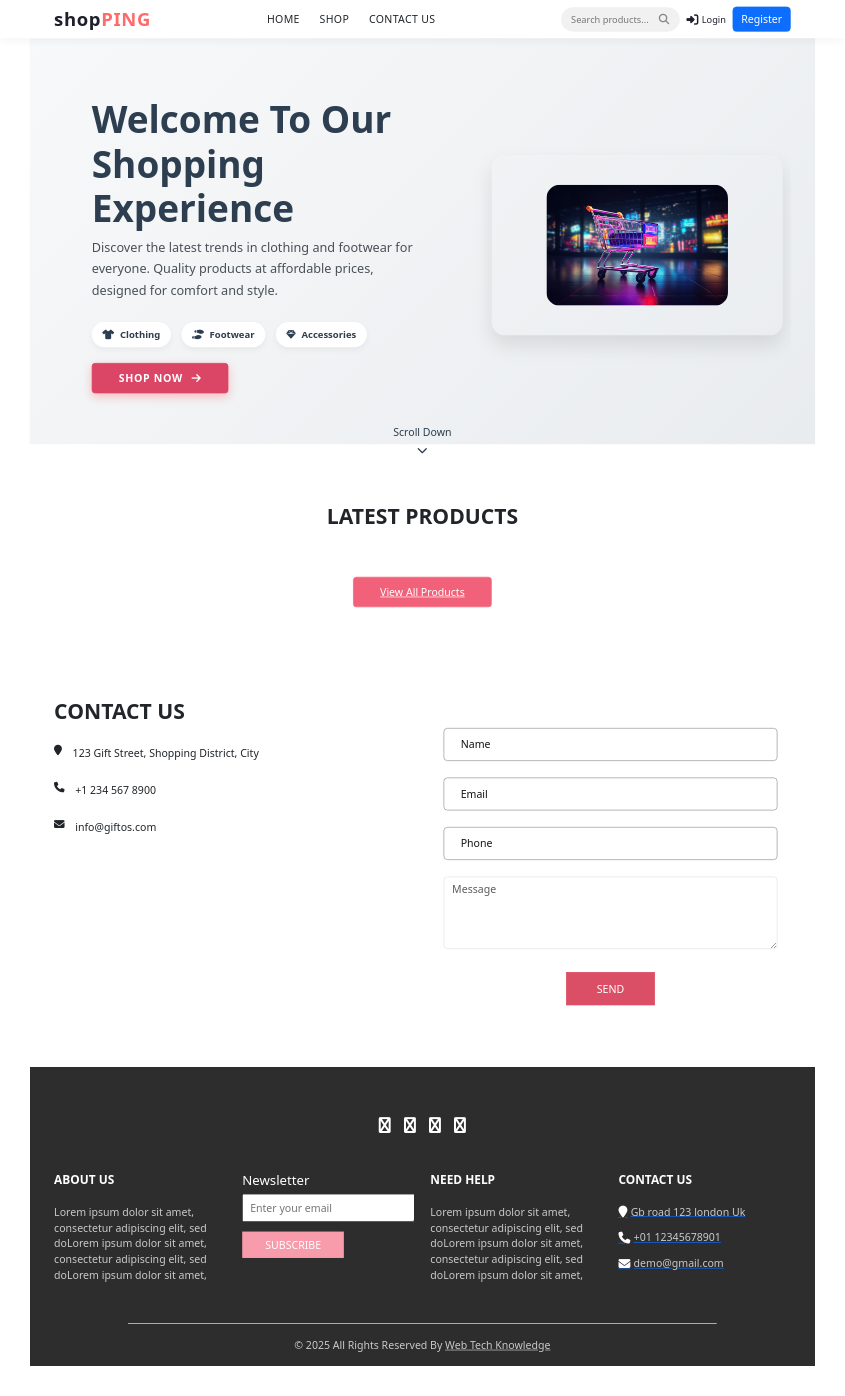
Repository: hahuuchinh2501/ecommerce_project
Page: http://localhost/
These files come from the project's save history. The page is drawn as it stood at one moment and after the next save; the edit follows.
The browser window is 1280 px wide. The pictures show the whole page, at 66% of full size.
The page is served by the project's Laravel application, run on PHP 8.4 with Laravel 12. Queries for data that is not in the repository find no rows.

Above is the page before, as saved 2025-04-09 15:54:35.

After the next save:
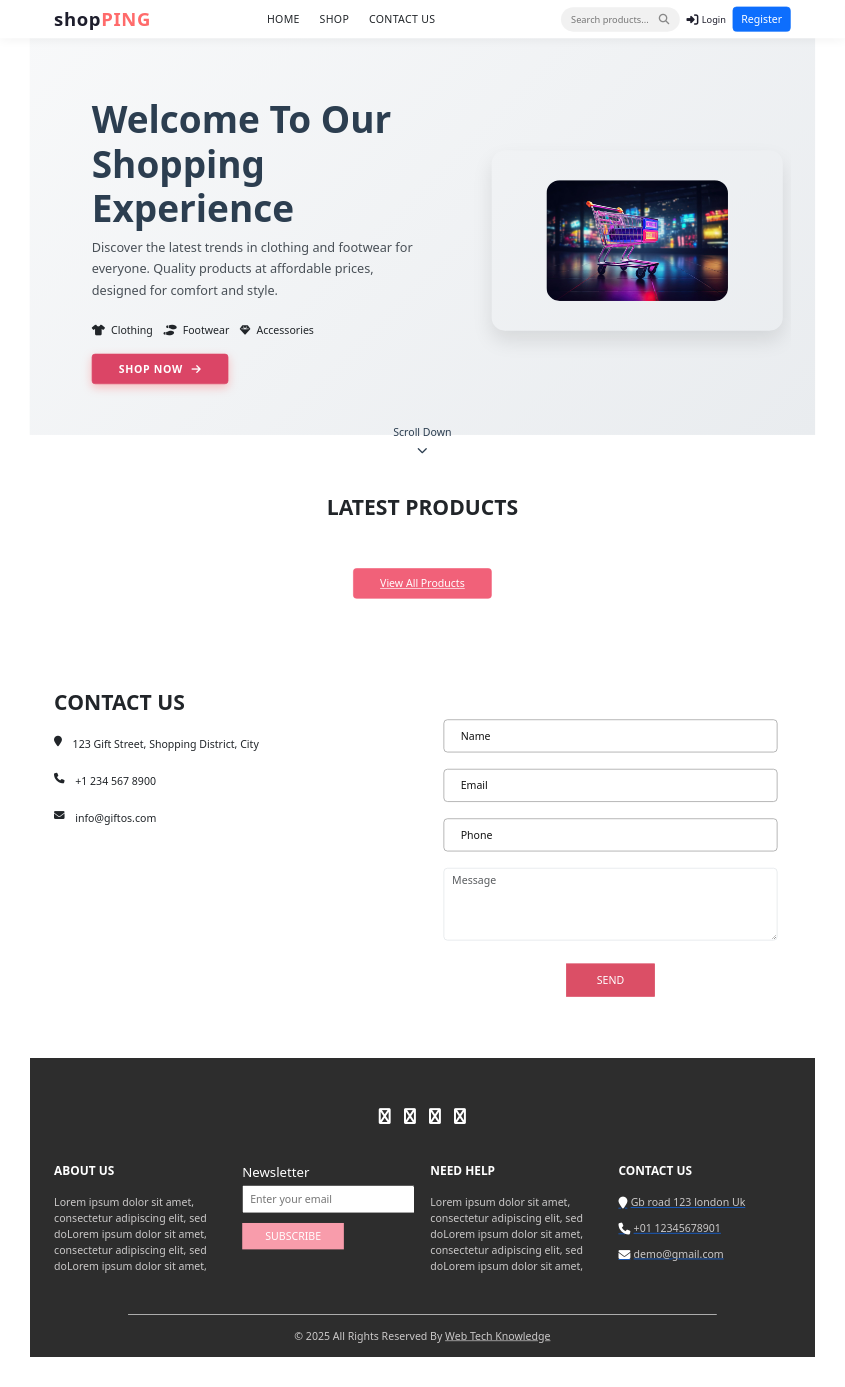
Saved 53 s later.
--- a/resources/views/home/slider.blade.php
+++ b/resources/views/home/slider.blade.php
@@ -91,17 +91,7 @@
       gap: 1rem;
     }
 
-    .category-badge {
-      padding: 8px 16px;
-      background-color: white;
-      border-radius: 20px;
-      font-weight: 600;
-      color: var(--text-color);
-      font-size: 0.9rem;
-      box-shadow: 0 4px 10px rgba(0, 0, 0, 0.05);
-      transition: all 0.3s ease;
-      cursor: pointer;
-    }
+
 
     .category-badge:hover {
       background-color: var(--primary-color);

After the save that followed:
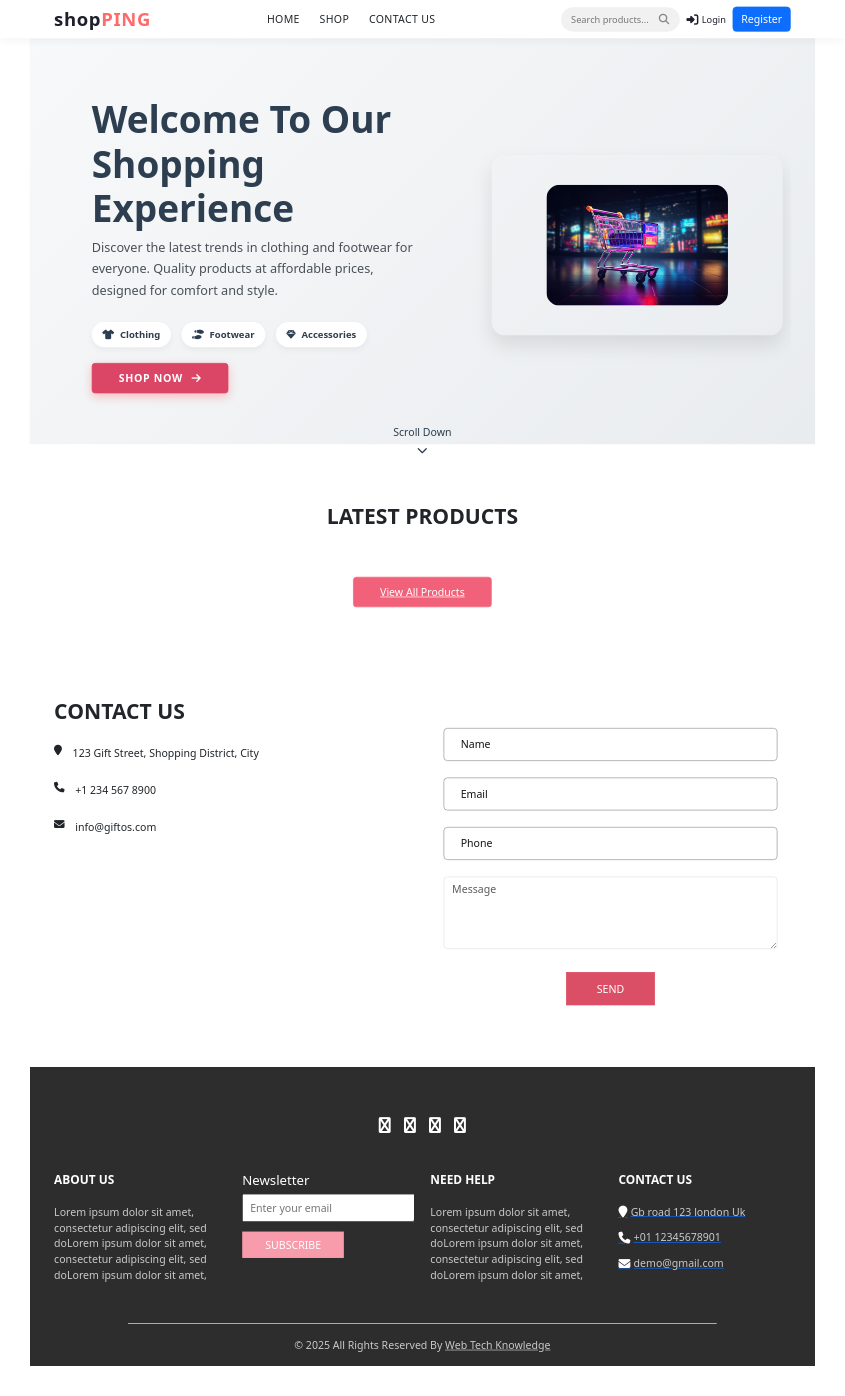
Saved 16 s later.
--- a/resources/views/home/slider.blade.php
+++ b/resources/views/home/slider.blade.php
@@ -91,7 +91,17 @@
       gap: 1rem;
     }
 
-
+    .category-badge {
+      padding: 8px 16px;
+      background-color: white;
+      border-radius: 20px;
+      font-weight: 600;
+      color: var(--text-color);
+      font-size: 0.9rem;
+      box-shadow: 0 4px 10px rgba(0, 0, 0, 0.05);
+      transition: all 0.3s ease;
+      cursor: pointer;
+    }
 
     .category-badge:hover {
       background-color: var(--primary-color);
